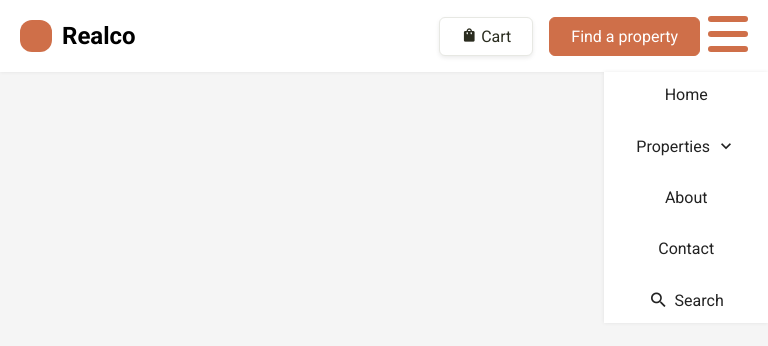
Repository: bek77g/realco
Page: index.html
The author's editor kept a copy of each file at every save. The page is drawn from the files as they stood at one save, then again after the next save.
The browser window is 768 px wide. The pictures show the whole page.
The style sheet was rebuilt from its Sass, Less or Tailwind sources for each picture, by a compiler version that may differ from the author's.

Above is the page before, as saved 2023-04-13 21:58:59.

### index.html
<!DOCTYPE html>
<html lang="en">
  <head>
    <meta charset="UTF-8" />
    <meta http-equiv="X-UA-Compatible" content="IE=edge" />
    <meta name="viewport" content="width=device-width, initial-scale=1.0" />
    <title>Realco</title>
    <link rel="preconnect" href="https://fonts.googleapis.com" />
    <link rel="preconnect" href="https://fonts.gstatic.com" crossorigin />
    <link
      href="https://fonts.googleapis.com/css2?family=Roboto:ital,wght@0,400;0,700;0,900;1,400;1,700;1,900&display=swap"
      rel="stylesheet"
    />
    <link
      href="https://fonts.googleapis.com/icon?family=Material+Icons"
      rel="stylesheet"
    />
    <link rel="stylesheet" href="./src/styles/style.css" />
  </head>
  <body>
    <header class="header">
      <div class="container">
        <div class="header__row">
          <div class="logo header__logo">
            <div class="logo__box"></div>
            <h2 class="logo__name">Realco</h2>
          </div>
          <nav class="header__nav">
            <ul class="header__menu">
              <li class="header__menu-item"><a href="#">Home</a></li>
              <li class="header__menu-item">
                <a href="#"
                  >Properties <span class="icon more">expand_more</span>
                </a>
              </li>
              <li class="header__menu-item"><a href="#">About</a></li>
              <li class="header__menu-item"><a href="#">Contact</a></li>
              <li class="header__menu-item">
                <a href="https://www.google.com/">
                  <span class="icon">search</span> Search</a
                >
              </li>
            </ul>
            <div class="header__buttons">
              <button class="header__buttons-btn">
                <span class="icon">shopping_bag</span> Cart
              </button>
              <button class="header__buttons-btn">Find a property</button>
            </div>
            <div class="header__burger">
              <div class="header__burger-icon">
                <span class="header__burger-global header__burger-top"></span>
                <span
                  class="header__burger-global header__burger-middle"
                ></span>
                <span
                  class="header__burger-global header__burger-bottom"
                ></span>
              </div>
            </div>
          </nav>
        </div>
      </div>
    </header>
    <main></main>
    <footer></footer>
    <script src="./src/js/main.js"></script>
  </body>
</html>

### src/js/main.js
let burger = document.querySelector('.header__burger');
let menu = document.querySelector('.header__menu');

burger.addEventListener('click', () => {
  burger.classList.toggle('active');
  menu.classList.toggle('active');
});

### src/styles/style.scss
@import './reset';

.container {
  max-width: 1320px;
  padding: 0 20px;
  margin: 0 auto;
}

@import './global';
@import './header';

@import './_responsive';

### src/styles/_reset.scss
* {
  margin: 0;
  padding: 0;
  box-sizing: border-box;
  transition: 0.3s;
}
ul,
ol {
  list-style: none;
}
img {
  width: 100%;
}
a {
  color: inherit;
}
button {
  border: none;
  cursor: pointer;
}
a {
  text-decoration: none;
}

### src/styles/_global.scss
* {
  font-family: 'Roboto', sans-serif;
}

body {
  background-color: #f5f5f5;
}

//Variables
$main-color: #cf6f49;
$light-grey: #65665c;
$black: #222222;
$black-grey: #2a2c1f;

.icon {
  font-family: 'Material Icons';
  font-style: normal;
  font-weight: 400;
  display: block;
  height: -webkit-fit-content;
  height: -moz-fit-content;
  height: fit-content;
}

.logo {
  display: flex;
  align-items: center;
  gap: 10px;
  &__box {
    width: 32px;
    height: 32px;
    background: #cf6f49;
    border-radius: 12px;
  }
  &__name {
    font-weight: bold;
  }
}

### src/styles/_header.scss
.header {
  position: relative;
  background: #ffffff;
  box-shadow: 0px 0px 4px rgba(0, 0, 0, 0.08);
  padding: 16px 0;
  &__row {
    display: flex;
    justify-content: space-between;
    align-items: center;
  }
  &__nav {
    display: flex;
    align-items: center;
    gap: 8px;
  }
  &__menu {
    padding: 9px 16px;
    display: flex;
    align-items: center;
    gap: 32px;
    &-item {
      color: $black;
      & a {
        display: flex;
        gap: 6px;
        align-items: center;
        & .icon {
          font-size: 20px;
        }
      }
      &:hover .more {
        transform: rotate(-180deg);
      }
    }
  }
  &__buttons {
    display: flex;
    gap: 16px;
    &-btn {
      white-space: nowrap;
      font-style: normal;
      font-weight: 400;
      font-size: 16px;
      padding: 9px 21px;
      border-radius: 6px;
      display: flex;
      gap: 4px;
      &:first-child {
        color: $black-grey;
        background: #ffffff;
        border: 1px solid #e7e8e3;
        box-shadow: 0px 2px 4px rgba(0, 0, 0, 0.08);
      }
      &:last-child {
        background: #cf6f49;
        border: 1px solid #cf6f49;
        color: #fff;
      }
      &:hover {
        -webkit-filter: brightness(80%);
        filter: brightness(90%);
      }
    }
  }
  &__burger {
    display: none;
    &-icon {
      cursor: pointer;
      margin: 0 auto;
      padding-left: 1.25em;
      position: relative;
      width: 40px;
      height: 40px;
    }
    &-global {
      -webkit-backface-visibility: hidden;
      backface-visibility: hidden;
      position: absolute;
      left: 0;
      border-top: 6px solid $main-color;
      border-radius: 3px;
      width: 100%;
      transition: 0.55s;
    }
    &.active {
      & .header__burger-top {
        -webkit-backface-visibility: hidden;
        backface-visibility: hidden;
        top: 15px;
        transform: rotate(50deg);
        transition: 0.55s 0.5s;
      }
      & .header__burger-middle {
        opacity: 0;
      }
      & .header__burger-bottom {
        -webkit-backface-visibility: hidden;
        backface-visibility: hidden;
        top: 15px;
        transform: rotate(-410deg);
        transition: 0.55s 0.5s;
      }
    }
    &-top {
      top: 0;
    }
    &-middle {
      top: 15px;
    }
    &-bottom {
      top: 30px;
    }
  }
}

### src/styles/_responsive.scss
@media (max-width: 1201px) {
}
@media (max-width: 1025px) {
}
@media (max-width: 993px) {
  .header {
    &__menu {
      position: absolute;
      right: 0;
      top: 72px;
      justify-content: flex-end;
      background: #ffffff;
      box-shadow: 0px 0px 4px rgba(0, 0, 0, 0.08);
      padding: 13px 32px;
      flex-direction: column;
    }
    &__burger {
      display: block;
    }
  }
}
@media (max-width: 769px) {
}
@media (max-width: 769px) {
}
@media (max-width: 481px) {
}
@media (max-width: 321px) {
}

// 320px — 480px
// 481px — 768px
// 769px — 1024px
// 1025px — 1200px
// 1201px and 1440px

After the next save:
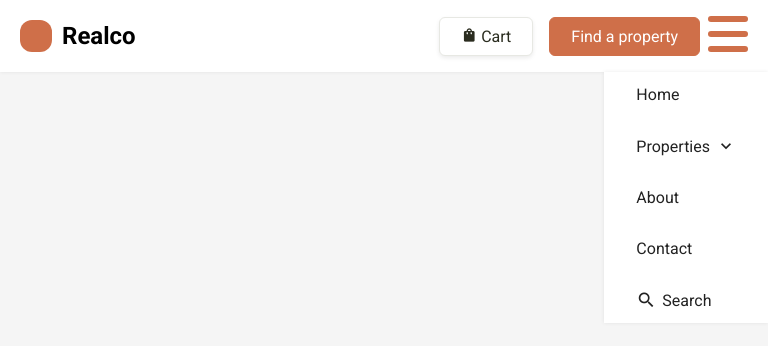
Saved 50 s later.
--- a/src/styles/_responsive.scss
+++ b/src/styles/_responsive.scss
@@ -8,7 +8,7 @@
       position: absolute;
       right: 0;
       top: 72px;
-      justify-content: flex-end;
+      align-items: flex-start;
       background: #ffffff;
       box-shadow: 0px 0px 4px rgba(0, 0, 0, 0.08);
       padding: 13px 32px;
